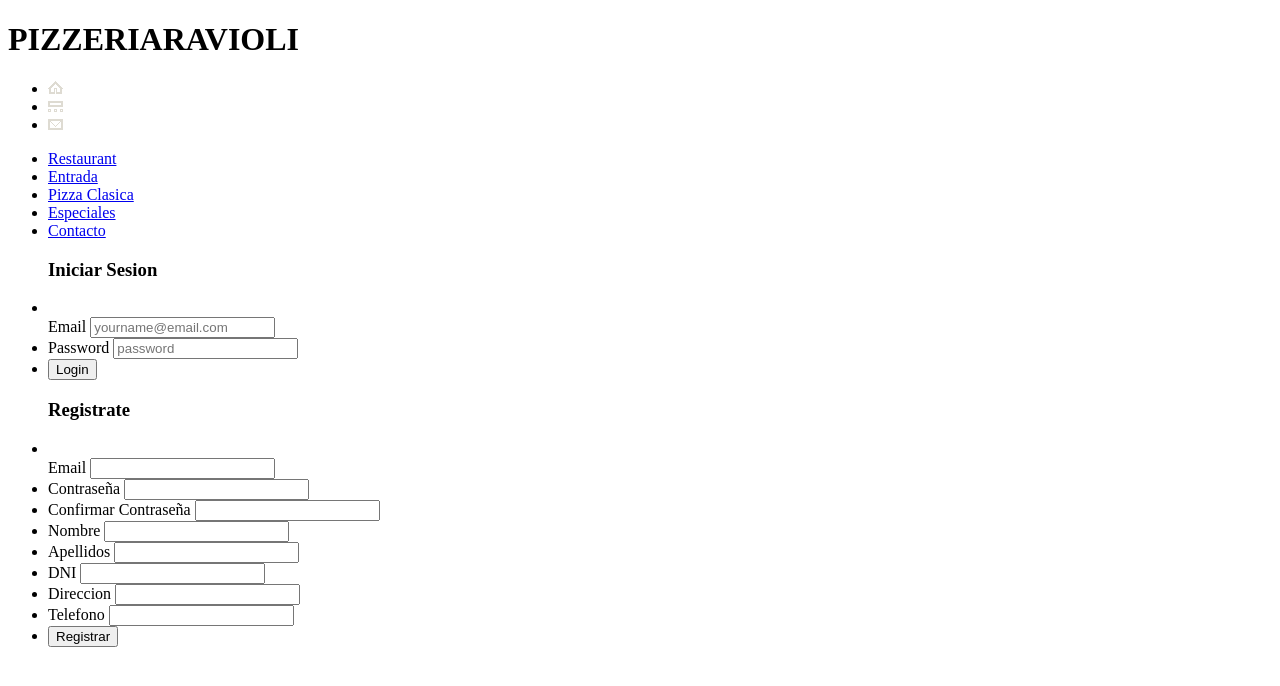
Repository: ProSoft-PDSI/sdsddo
Page: http://localhost/sdsr/LoginRegistro.jsp
An editor plug-in stored every save of this project. The page is shown before and after the next save, followed by the edit.
The browser window is 1280 px wide. The pictures show the whole page.
The page is served by Tomcat 9. Other server files are loaded and not shown.

Above is the page before, as saved 2014-07-19 16:41:33.
Console error: ReferenceError: Cufon is not defined

### Web/sdsr/WebContent/LoginRegistro.jsp
<%@ page language="java" contentType="text/html; charset=ISO-8859-1"
    pageEncoding="ISO-8859-1"%>
<%@ taglib prefix="c" uri="http://java.sun.com/jsp/jstl/core" %>
<!DOCTYPE html>
<html lang="es">
<head>
<title></title>
<meta charset="utf-8" />
</head>
<body id="page5">
<div class="body6">
	<div class="body1">
		<div class="main">
<!-- header -->
			<header>
                <div id="ac_content" class="ac_content"><h1><span>PIZZERIA</span>RAVIOLI</h1></div>
					<nav>
						<ul id="top_nav">
							<li><a href="index.html"><img src="images/icon_1.gif" alt=""></a></li>
							<li><a href="Login.html"><img src="images/icon_2.gif" alt=""></a></li>
							<li class="end"><a href="Contacto.html"><img src="images/icon_3.gif" alt=""></a></li>
						</ul>
					</nav>
					<nav>
						<ul id="menu">
							<li class="active"><a href="index.html">Restaurant</a></li>
							<li><a href="Entrada.html">Entrada</a></li>
							<li><a href="Clasica.html">Pizza Clasica</a></li>
							<li><a href="Especial.html">Especiales</a></li>
							<li><a href="Contacto.html">Contacto</a></li>
						</ul>
					</nav>
				</header>
<!-- / header -->
<!-- content -->

			<article id="content">
				<div class="wrap">
					<div class="box">
					<form id="ContactForm">
						<section class="loginform cf">
							<form name="login" action="index_submit" method="get" accept-charset="utf-8">
								<ul>
								   <h1>Iniciar Sesion </h1>
									<li>
										<label for="usermail"><br>Email</label>
										<input type="email" name="usermail" placeholder="yourname@email.com" required>
									</li>
									<li>
										<label for="password">Password</label>
										<input type="password" name="password" placeholder="password" required></li>
									<li>
										<input type="submit" value="Login">
									</li>
								</ul>
							</form>
						</section>
					<div>
						<form id="ContactForm">
						<section class="loginform cf">
						   <form name="login" action="index_submit" method="get" accept-charset="utf-8">
							<ul>
							    <h1>Registrate</h1>
								<li>
									<label for="usermail"><br>Email</label>
									<input type="Text" name="usermail"  required>
								</li>
								<li>
									<label for="password">Contraseña</label>
									<input type="Text" name="password"  required>
								</li>
								<li>
									<label for="password">Confirmar Contraseña</label>
									<input type="Text" name="password"  required>
								</li>
								<li>
									<label for="Nombre">Nombre</label>
									<input type="Text" name="Nombre"  required>
								</li>
								<li>
									<label for="Apellido">Apellidos</label>
									<input type="Text" name="Apellido"  required>
								</li>
								<li>
									<label for="Number">DNI</label>
									<input type="Text" name="Number"  required>
								</li>
								<li>
									<label for="Direccion">Direccion</label>
									<input type="Text" name="Direccion"  required>
								</li>
								<li>
									<label for="Number">Telefono</label>
									<input type="Text" name="Number"  required>
								</li>
								<li>
									<input type="submit" value="Registrar">
								</li>
							</ul>
						</form>
					</section>
							</form>
						</div>
					</div>
				</div>
			</article>
		</div>
	</div>
</div>
<script type="text/javascript"> Cufon.now(); </script>
</body>

</html>

After the next save:
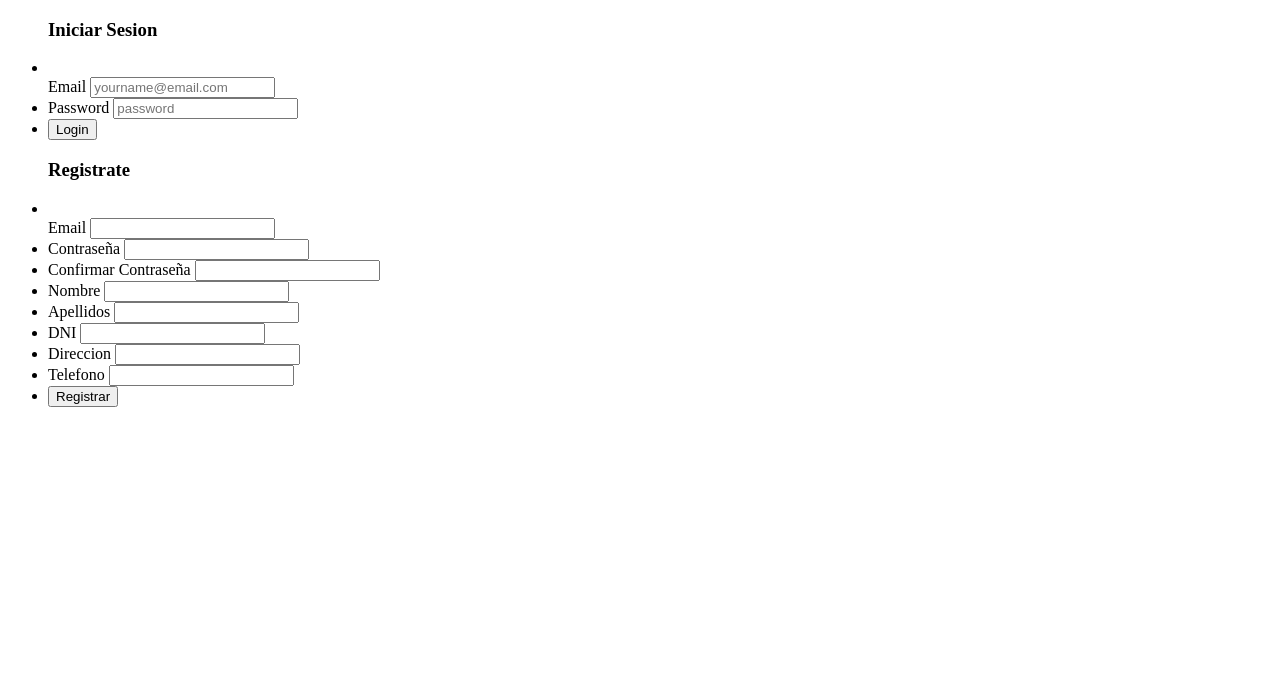
Saved 39 s later.
--- a/Web/sdsr/WebContent/LoginRegistro.jsp
+++ b/Web/sdsr/WebContent/LoginRegistro.jsp
@@ -11,27 +11,6 @@
 <div class="body6">
 	<div class="body1">
 		<div class="main">
-<!-- header -->
-			<header>
-                <div id="ac_content" class="ac_content"><h1><span>PIZZERIA</span>RAVIOLI</h1></div>
-					<nav>
-						<ul id="top_nav">
-							<li><a href="index.html"><img src="images/icon_1.gif" alt=""></a></li>
-							<li><a href="Login.html"><img src="images/icon_2.gif" alt=""></a></li>
-							<li class="end"><a href="Contacto.html"><img src="images/icon_3.gif" alt=""></a></li>
-						</ul>
-					</nav>
-					<nav>
-						<ul id="menu">
-							<li class="active"><a href="index.html">Restaurant</a></li>
-							<li><a href="Entrada.html">Entrada</a></li>
-							<li><a href="Clasica.html">Pizza Clasica</a></li>
-							<li><a href="Especial.html">Especiales</a></li>
-							<li><a href="Contacto.html">Contacto</a></li>
-						</ul>
-					</nav>
-				</header>
-<!-- / header -->
 <!-- content -->
 
 			<article id="content">
